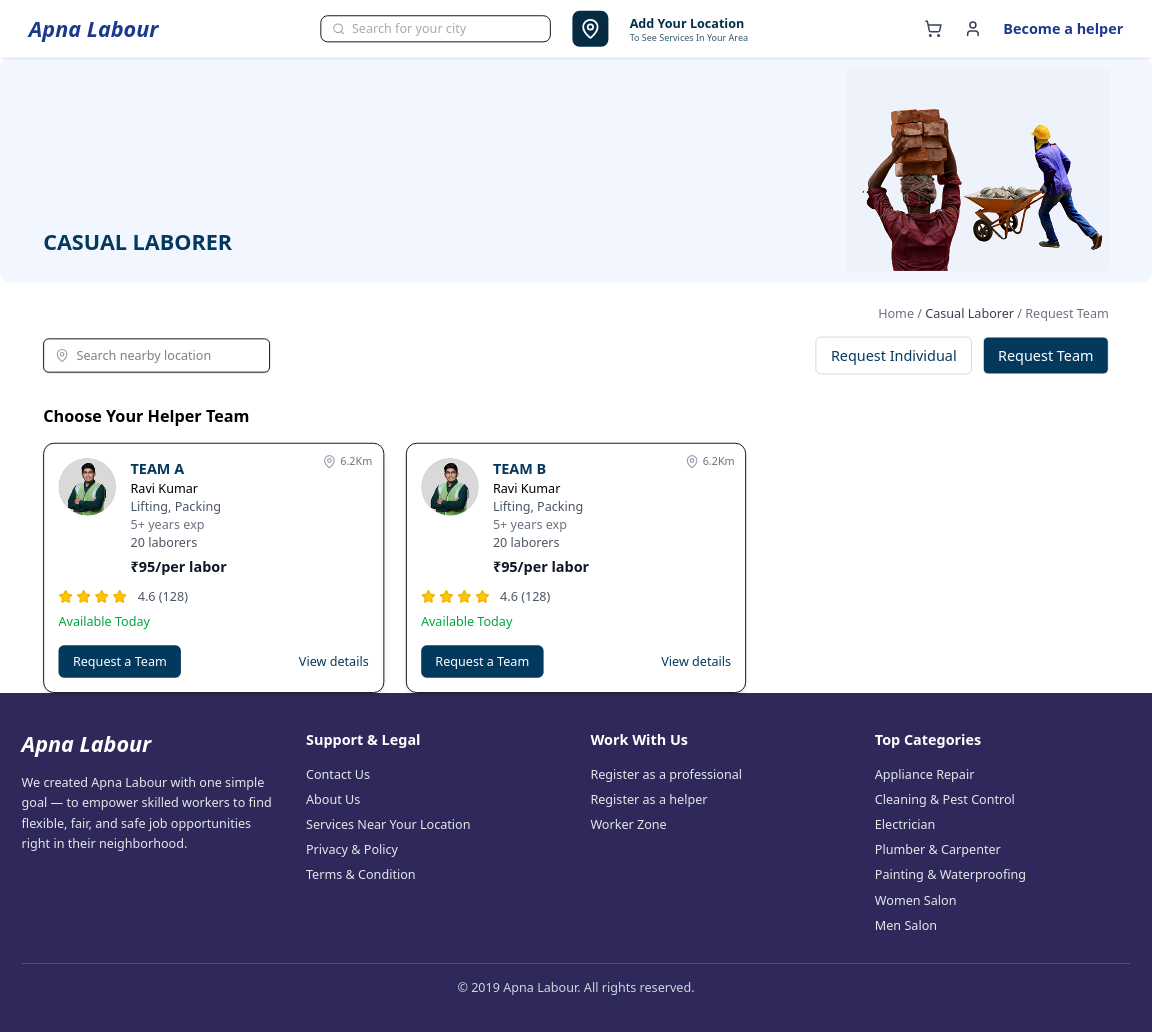
Repository: Innowidetech/Apna-Labour
Page: /casual (app in client/)
An editor plug-in stored every save of this project. The page is shown before and after a run of saves, followed by the edit.
The browser window is 1280 px wide. The pictures show the whole page, at 90% of full size.
The project was rebuilt for these pictures with package versions that can differ from the ones it lists, and the page was loaded fresh each time. Also part of the build but not shown: client/vite.config.js, client/src/pages/Home.jsx, client/src/pages/ModalServicePage.jsx, client/src/pages/ServiceDetails.jsx, client/src/pages/Account/Account.jsx, client/src/pages/Account/AccountLayout.jsx, client/src/pages/Account/Bookings.jsx, client/src/pages/Payments.jsx and 26 more.

Above is the page before, as saved 2025-11-14 15:52:00.

After the next 2 saves:
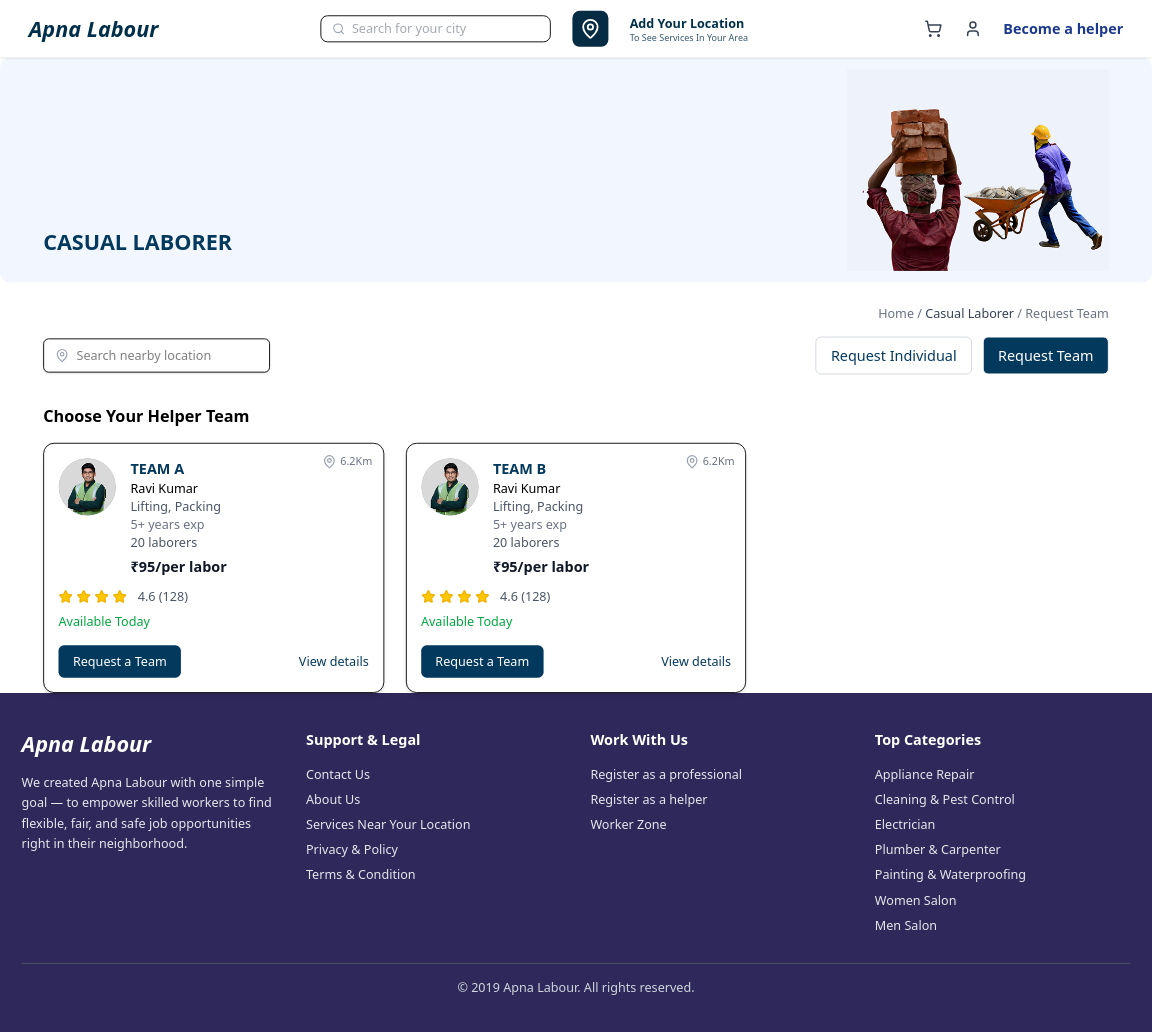
The 2 saves are shown as one change because they came seconds apart.
The last was saved 32 s later.
--- a/client/src/components/Navbar.jsx
+++ b/client/src/components/Navbar.jsx
@@ -91,7 +91,7 @@ const Navbar = () => {
         <div className="flex justify-between h-16 items-center">
           {/* Logo */}
           <div
-            className="flex-shrink-0 text-2xl font-bold italic text-blue-900 cursor-pointer"
+            className="flex-shrink-0 text-2xl font-bold italic text-[#003049] cursor-pointer"
             onClick={() => navigate("/")}
           >
             Apna Labour
